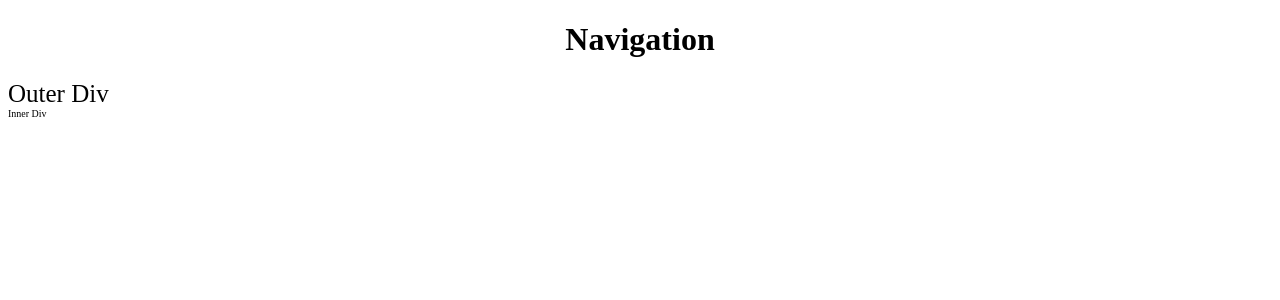
Repository: nihalani20/CSS-by-KG
Page: Practice set/indx.html
An editor plug-in stored every save of this project. The page is shown before and after a run of saves, followed by the edit.
The browser window is 1280 px wide. The pictures show the whole page.

Above is the page before, as saved 2023-11-25 15:31:19.

### Practice set/indx.html
<!DOCTYPE html>
<html lang="en">
<head>
    <meta charset="UTF-8">
    <meta name="viewport" content="width=device-width, initial-scale=1.0">
    <title>Practice set Level 3</title>

    <style>
      .heading{
        text-transform: capitalize;
        text-align: center;
        font-family: 'Times New Roman', Times, serif;
      }
     #outer{
        font-size: 25px;
     }
     #inner{
        font-size: 10px;
     }


    </style>
</head>
<body>
<div>
    <h1 class="heading">Navigation</h1>
</div>
    <div id="outer">Outer Div
<div id = "inner"> Inner Div</div>
    </div>
    <i size="40px" class="fa-brands fa-linkedin"></i>
    <i size="40px" class="fa-brands fa-github"></i>

</body>
</html>

After the next 5 saves:
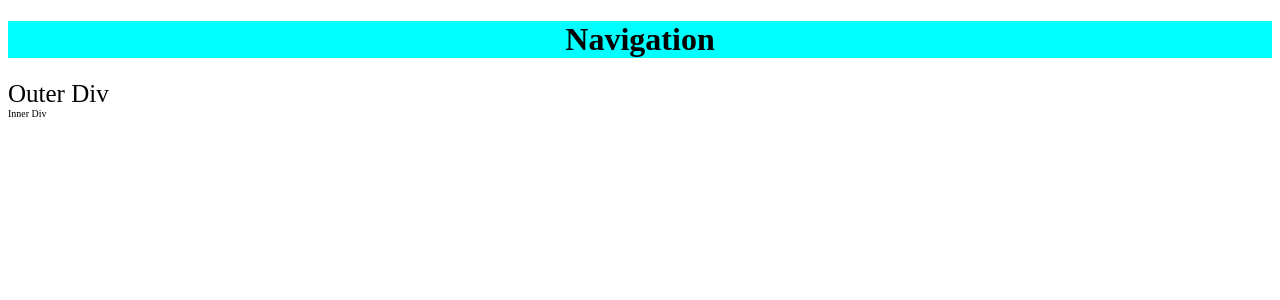
The 5 saves are shown as one change because they came seconds apart.
The last was saved 33 s later.
--- a/Practice set/indx.html
+++ b/Practice set/indx.html
@@ -10,6 +10,7 @@
         text-transform: capitalize;
         text-align: center;
         font-family: 'Times New Roman', Times, serif;
+        background-color:aqua
       }
      #outer{
         font-size: 25px;
